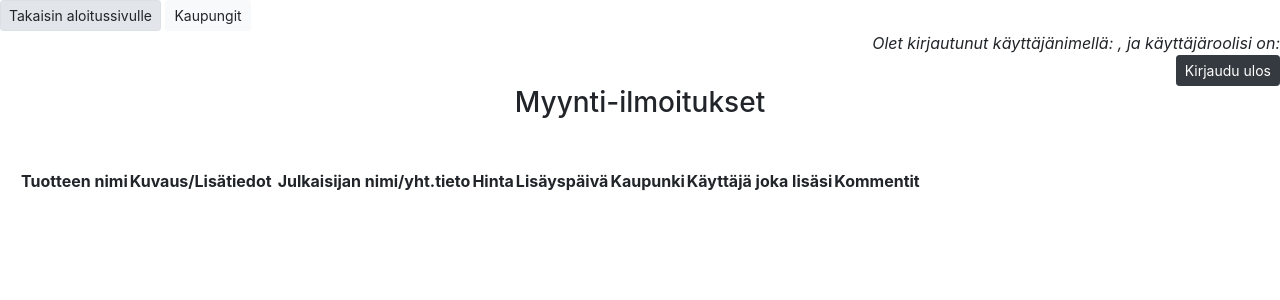
Repository: LiljestromNadja/Backend_s2023_harjoitustyo
Page: http://localhost/articlelist
The author's editor kept a copy of each file at every save. The page is drawn from the files as they stood at one save, then again after the next save.
The browser window is 1280 px wide. The pictures show the whole page.
The page is this project's Thymeleaf template; nobody is signed in. The template is opened directly, without the code that normally fills it, so the values that code supplies are empty.

Above is the page before, as saved 2023-11-10 15:57:37.

After the next save:
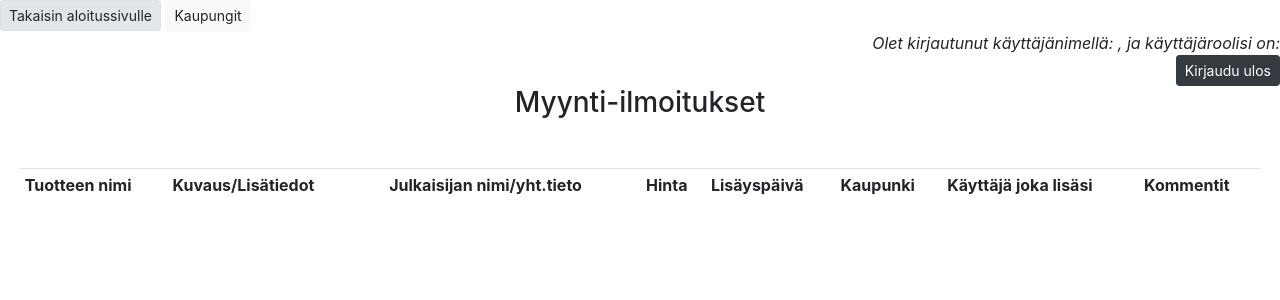
Saved 56 s later.
--- a/harkkas23v01/src/main/resources/templates/articlelist.html
+++ b/harkkas23v01/src/main/resources/templates/articlelist.html
@@ -28,7 +28,7 @@
 	<div style="clear: both; display: block; height: 40px;"></div>
 
 	<div style="text-align: left; margin-left: 20px; margin-right: 20px">
-		<table >
+		<table class="table table-hover table-sm">
 		<tr>
 			<th>Tuotteen nimi</th>
 	<!--  	<th>Tuotteen id </th> -->
